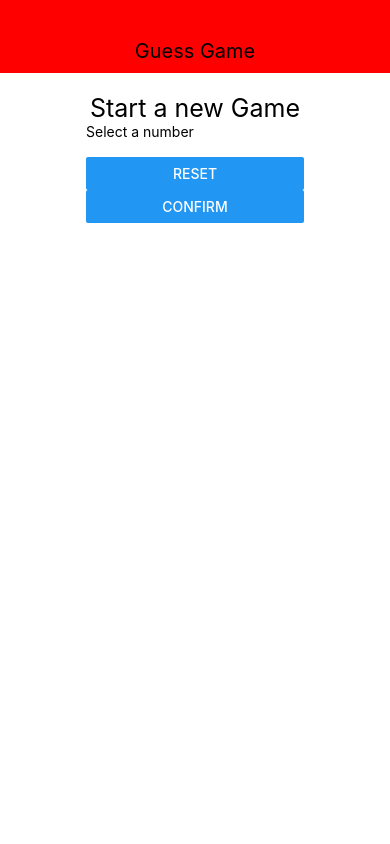
Repository: Celebration-cloud/Guess-number
Screen: /
The author's editor kept a copy of each file at every save. The screen is drawn from the files as they stood at one save, then again after a run of saves.
The app was drawn by React Native's web renderer in a window 390 px wide. The project was rebuilt for these pictures with package versions that can differ from the ones it lists, and the page was loaded fresh each time.

Above is the screen before, as saved 2024-06-10 13:48:25.

### App.js
import { StatusBar } from "expo-status-bar";
import { StyleSheet, Text, View } from "react-native";
import Heading from "./components/header/Heading";
import StartScreen from "./components/srceen/StartScreen";

export default function App() {
  return (
    <View style={styles.container}>
      <Heading/>
      <StartScreen/>
      <StatusBar style="auto" />
    </View>
  );
}

const styles = StyleSheet.create({
  container: {
    flex: 1,
    alignItems: "center",
    gap: 20
  },
});

### components/header/Heading.jsx
import React from "react";
import { Text, StyleSheet, View } from "react-native";

export default function Heading() {
  return (
    <View style={styles.header}>
      <Text style={styles.title}> Guess Game </Text>
    </View>
  );
}

const styles = StyleSheet.create({
    header: {
        backgroundColor: "red",
        color: "white",
        width: "100%",
        paddingTop: "10%",
        padding: 10,
        alignItems: "center",
    },
    title: {
      fontSize: 20
    }
});

### components/srceen/StartScreen.jsx
import React, { Component } from 'react'
import { Text, StyleSheet, View, Button, TextInput } from 'react-native'

export default function StartScreen() {
    return (
      <View style={styles.startScreen}>
        <Text style={styles.start}> Start a new Game </Text>
        <View>
            <Text>Select a number</Text>
            <TextInput />
            <View>
                <Button title='Reset'/>
                <Button title='Confirm'/>
            </View>
        </View>
      </View>
    )
}

const styles = StyleSheet.create({
    startScreen:{
        fontSize: 20,
        alignItems: "center"

    },
    start: {
        fontSize: 25
    }
})

After the next 5 saves:
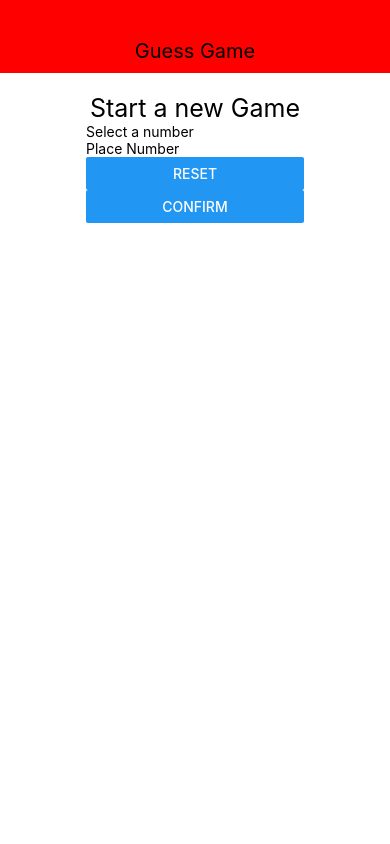
The 5 saves are shown as one change because they came seconds apart.
The last was saved 14 s later.
--- a/components/srceen/StartScreen.jsx
+++ b/components/srceen/StartScreen.jsx
@@ -7,7 +7,7 @@ export default function StartScreen() {
         <Text style={styles.start}> Start a new Game </Text>
         <View>
             <Text>Select a number</Text>
-            <TextInput />
+            <TextInput placeholder='Place Number'/>
             <View>
                 <Button title='Reset'/>
                 <Button title='Confirm'/>
